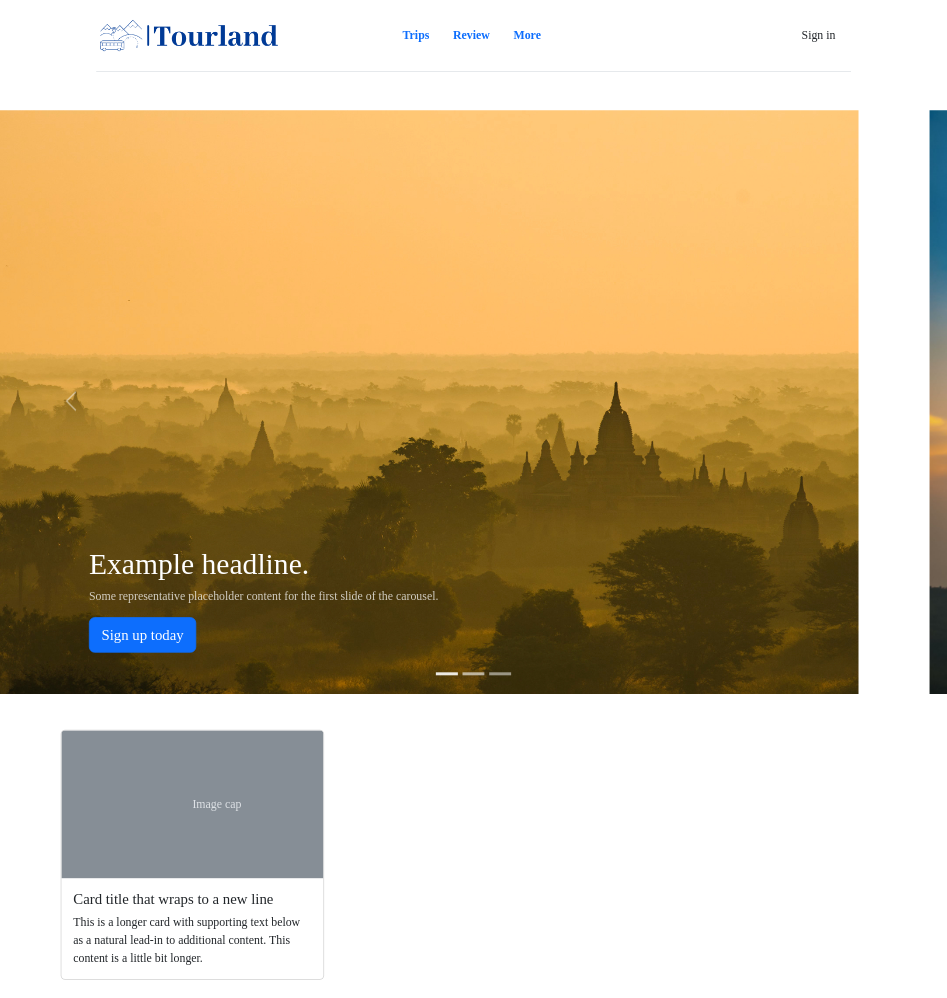
Repository: nyeinsu4520/tourland
Page: http://localhost/index
An editor plug-in stored every save of this project. The page is shown before and after the next save, followed by the edit.
The browser window is 1280 px wide. The pictures show the whole page, at 74% of full size.
Some web fonts or font styles are not loaded; a fallback is used. The page is this project's Thymeleaf template; nobody is signed in. The template is opened directly, without the code that normally fills it, so the values that code supplies are empty.

Above is the page before, as saved 2024-05-31 17:15:12.

### Tourland/src/main/resources/templates/index.html
<!DOCTYPE html>
<html>
<head>
<meta charset="ISO-8859-1">
<title>Insert title here</title>

	<link rel="icon" href="img/tourland2.png" type="image/png" />
    <link rel="stylesheet" href="./bootstrap/css/bootstrap.min.css" />
    <script src="./bootstrap/js/bootstrap.bundle.min.js"></script>
    <link href="https://cdnjs.cloudflare.com/ajax/libs/font-awesome/6.5.2/css/all.min.css"/>
    <link rel="stylesheet" href="style.css" />
    <style>
      #google_translate_element {
          display: none;
      }
  </style>
</head>
<body>

<div class="container">
      <header
        class="d-flex flex-wrap align-items-center justify-content-center justify-content-md-between py-3 mx-5 border-bottom"
      >
        <div class="col-md-auto mb-2 mb-md-0">
          <img class="logo" src="/image/img/tourland1.png" alt="" width="230px" />
        </div>

        <ul class="nav col-12 col-md-auto mb-2 justify-content-center mb-md-0">
          <li class="nav-item dropdown">
            <a
              class="nav-link fw-bold py-1 px-0 m-3 active"
              href="#"
              data-bs-toggle="dropdown"
              aria-expanded="false"
              >Trips</a
            >
            <ul class="dropdown-menu ">
              <li><a class="dropdown-item" href="#">One day Trip</a></li>
              <li><a class="dropdown-item" href="#">One Week Trip</a></li>
              <li><a class="dropdown-item" href="#">View my Trips</a></li>
            </ul>
          </li>
          <li class="nav-item dropdown">
            <a
              class="nav-link fw-bold py-1 px-0 m-3 active"
              href="#"
              data-bs-toggle="dropdown"
              aria-expanded="false"
              >Review</a
            >
            <ul class="dropdown-menu">
              <li><a class="dropdown-item" href="#">Write a Review</a></li>
              <li><a class="dropdown-item" href="#">Post a Photo</a></li>
              <li><a class="dropdown-item" href="#">Review Comments</a></li>
            </ul>
          </li>
          <li class="nav-item dropdown">
            <a
              class="nav-link nav-link-active fw-bold py-1 px-0 m-3 active"
              href="#"
              data-bs-toggle="dropdown"
              aria-expanded="false"
              >More</a
            >
            <ul class="dropdown-menu">
              <li><a class="dropdown-item" href="#">Restaurant</a></li>
              <li><a class="dropdown-item" href="#">Hotel</a></li>
              <li><a class="dropdown-item" href="#">Rental Cars</a></li>
            </ul>
          </li>
        </ul>

        <div class="col-md-3 text-end">
          <button type="button" class="btn btn-outline-first me-2">
            Sign in
          </button>
        </div>
      </header>
</div>

<div id="myCarousel" class="carousel slide mt-5 pt-1 mb-6" data-bs-ride="carousel">
      <div class="carousel-indicators">
        <button type="button" data-bs-target="#myCarousel" data-bs-slide-to="0" class="active" aria-current="true" aria-label="Slide 1"></button>
        <button type="button" data-bs-target="#myCarousel" data-bs-slide-to="1" aria-label="Slide 2"></button>
        <button type="button" data-bs-target="#myCarousel" data-bs-slide-to="2" aria-label="Slide 3"></button>
      </div>
      <div class="carousel-inner">
        <div class="carousel-item active">
          <img class="px-5" src="./image/img/bagan1.jpg" width="100%" >
          <div class="container">
            <div class="carousel-caption text-start">
              <h1>Example headline.</h1>
              <p class="opacity-75">Some representative placeholder content for the first slide of the carousel.</p>
              <p><a class="btn btn-lg btn-primary" href="#">Sign up today</a></p>
            </div>
          </div>
        </div>
        <div class="carousel-item">
          <img class="px-5" src="./image/img/kyitehtiyo.jfif" width="100%" >
          <div class="container">
            <div class="carousel-caption">
              <h1>Another example headline.</h1>
              <p>Some representative placeholder content for the second slide of the carousel.</p>
              <p><a class="btn btn-lg btn-primary" href="#">Learn more</a></p>
            </div>
          </div>
        </div>
        <div class="carousel-item">
           <img class="px-5" src="./image/img/shwesikhone.jpg" width="100%" >
          <div class="container">
            <div class="carousel-caption text-end">
              <h1>One more for good measure.</h1>
              <p>Some representative placeholder content for the third slide of this carousel.</p>
              <p><a class="btn btn-lg btn-primary" href="#">Browse gallery</a></p>
            </div>
          </div>
        </div>
      </div>
      <button class="carousel-control-prev" type="button" data-bs-target="#myCarousel" data-bs-slide="prev">
        <span class="carousel-control-prev-icon" aria-hidden="true"></span>
        <span class="visually-hidden">Previous</span>
      </button>
      <button class="carousel-control-next" type="button" data-bs-target="#myCarousel" data-bs-slide="next">
        <span class="carousel-control-next-icon" aria-hidden="true"></span>
        <span class="visually-hidden">Next</span>
      </button>
    </div>

	<div class="container mt-5">
	<div class="row">
	<div class="col-sm-6 col-lg-4 mb-4">
      <div class="card">
        <svg class="bd-placeholder-img card-img-top" width="100%" height="200" xmlns="http://www.w3.org/2000/svg" role="img" aria-label="Placeholder: Image cap" preserveAspectRatio="xMidYMid slice" focusable="false"><title>Placeholder</title><rect width="100%" height="100%" fill="#868e96"/><text x="50%" y="50%" fill="#dee2e6" dy=".3em">Image cap</text></svg>
        <div class="card-body">
          <h5 class="card-title">Card title that wraps to a new line</h5>
          <p class="card-text">This is a longer card with supporting text below as a natural lead-in to additional content. This content is a little bit longer.</p>
        </div>
      </div>
    </div>
    </div>

	</div>



</body>
</html>

### Tourland/src/main/resources/static/image/img/style.css
@import url('https://fonts.googleapis.com/css2?family=Jersey+20&family=Jersey+25&family=Josefin+Sans:ital,wght@0,100..700;1,100..700&family=Noto+Sans+Myanmar:wght@100;200;300;400;500;600;700;800;900&family=Nunito+Sans:ital,opsz,wght@0,6..12,200..1000;1,6..12,200..1000&family=Platypi:ital,wght@0,300..800;1,300..800&display=swap');


.nunito-sans {
    font-family: "Nunito Sans", sans-serif;
    font-optical-sizing: auto;
    font-style: normal;
    font-variation-settings:
      "wdth" 100,
      "YTLC" 500;
  }


  *  {
    font-family: "Nunito Sans";

}


.logo{
    width: 250px;
}

Loaded but not shown: Tourland/src/main/resources/static/bootstrap/css/bootstrap.min.css (library); Tourland/src/main/resources/static/bootstrap/js/bootstrap.bundle.min.js (library)

After the next save:
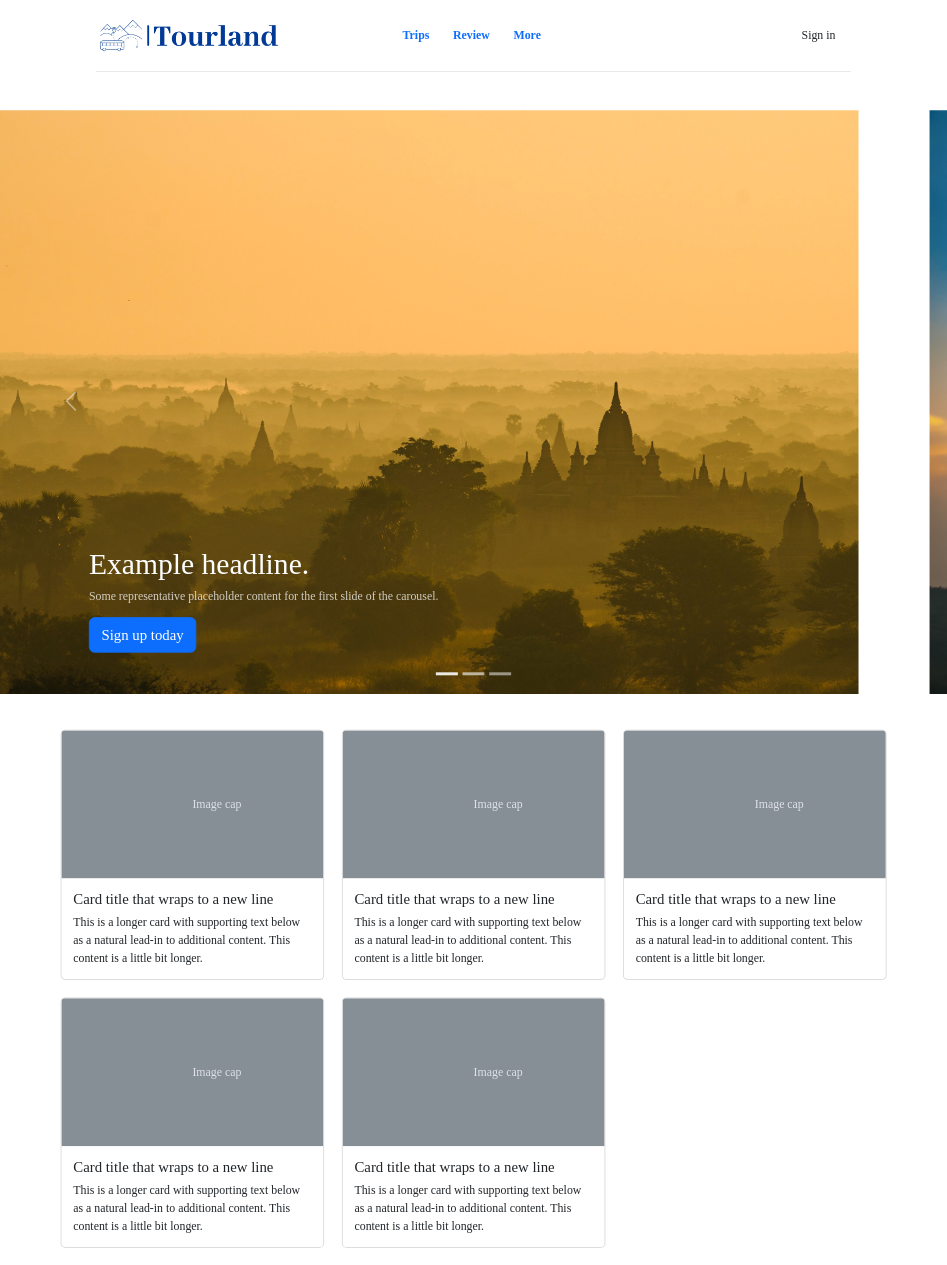
Saved 16 s later.
--- a/Tourland/src/main/resources/templates/index.html
+++ b/Tourland/src/main/resources/templates/index.html
@@ -137,6 +137,43 @@
         </div>
       </div>
     </div>
+    <div class="col-sm-6 col-lg-4 mb-4">
+      <div class="card">
+        <svg class="bd-placeholder-img card-img-top" width="100%" height="200" xmlns="http://www.w3.org/2000/svg" role="img" aria-label="Placeholder: Image cap" preserveAspectRatio="xMidYMid slice" focusable="false"><title>Placeholder</title><rect width="100%" height="100%" fill="#868e96"/><text x="50%" y="50%" fill="#dee2e6" dy=".3em">Image cap</text></svg>
+        <div class="card-body">
+          <h5 class="card-title">Card title that wraps to a new line</h5>
+          <p class="card-text">This is a longer card with supporting text below as a natural lead-in to additional content. This content is a little bit longer.</p>
+        </div>
+      </div>
+    </div>
+    <div class="col-sm-6 col-lg-4 mb-4">
+      <div class="card">
+        <svg class="bd-placeholder-img card-img-top" width="100%" height="200" xmlns="http://www.w3.org/2000/svg" role="img" aria-label="Placeholder: Image cap" preserveAspectRatio="xMidYMid slice" focusable="false"><title>Placeholder</title><rect width="100%" height="100%" fill="#868e96"/><text x="50%" y="50%" fill="#dee2e6" dy=".3em">Image cap</text></svg>
+        <div class="card-body">
+          <h5 class="card-title">Card title that wraps to a new line</h5>
+          <p class="card-text">This is a longer card with supporting text below as a natural lead-in to additional content. This content is a little bit longer.</p>
+        </div>
+      </div>
+    </div>
+    <div class="col-sm-6 col-lg-4 mb-4">
+      <div class="card">
+        <svg class="bd-placeholder-img card-img-top" width="100%" height="200" xmlns="http://www.w3.org/2000/svg" role="img" aria-label="Placeholder: Image cap" preserveAspectRatio="xMidYMid slice" focusable="false"><title>Placeholder</title><rect width="100%" height="100%" fill="#868e96"/><text x="50%" y="50%" fill="#dee2e6" dy=".3em">Image cap</text></svg>
+        <div class="card-body">
+          <h5 class="card-title">Card title that wraps to a new line</h5>
+          <p class="card-text">This is a longer card with supporting text below as a natural lead-in to additional content. This content is a little bit longer.</p>
+        </div>
+      </div>
+    </div>
+    <div class="col-sm-6 col-lg-4 mb-4">
+      <div class="card">
+        <svg class="bd-placeholder-img card-img-top" width="100%" height="200" xmlns="http://www.w3.org/2000/svg" role="img" aria-label="Placeholder: Image cap" preserveAspectRatio="xMidYMid slice" focusable="false"><title>Placeholder</title><rect width="100%" height="100%" fill="#868e96"/><text x="50%" y="50%" fill="#dee2e6" dy=".3em">Image cap</text></svg>
+        <div class="card-body">
+          <h5 class="card-title">Card title that wraps to a new line</h5>
+          <p class="card-text">This is a longer card with supporting text below as a natural lead-in to additional content. This content is a little bit longer.</p>
+        </div>
+      </div>
+    </div>
+
     </div>
 
 	</div>
